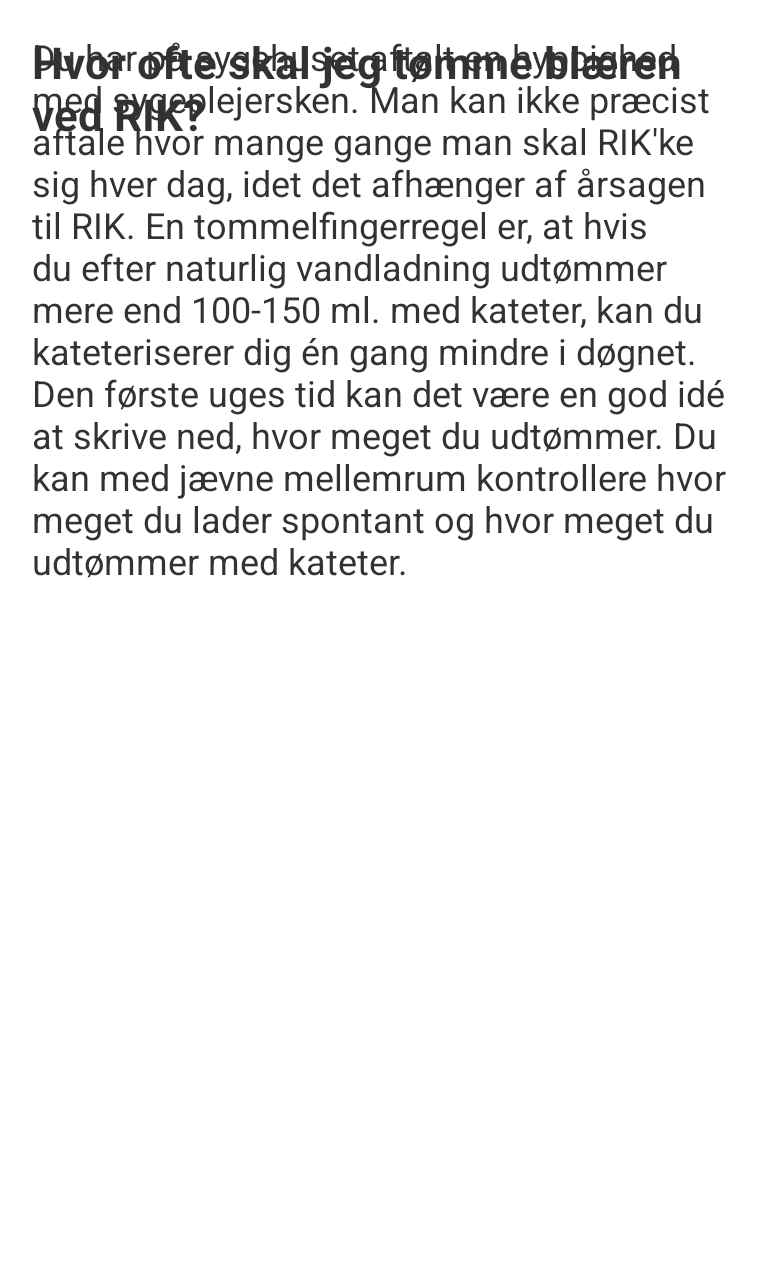
Repository: KingApollo/RIKapp2
Layout: RIKapp/res/layout/activity_when_wash_hands.xml
These files come from the project's save history. The layout is drawn as it stood at one moment and after the next save; the edit follows.
It is drawn on a 768 x 1280 px phone screen (xhdpi) without system bars, with theme android:Theme.Light.NoTitleBar; the app's code is not run.

Above is the layout before, as saved 2014-10-10 12:34:54.

### RIKapp/res/layout/activity_when_wash_hands.xml
<RelativeLayout xmlns:android="http://schemas.android.com/apk/res/android"
    xmlns:tools="http://schemas.android.com/tools"
    android:layout_width="match_parent"
    android:layout_height="match_parent"
    android:paddingBottom="@dimen/activity_vertical_margin"
    android:paddingLeft="@dimen/activity_horizontal_margin"
    android:paddingRight="@dimen/activity_horizontal_margin"
    android:paddingTop="@dimen/activity_vertical_margin"
    tools:context="dk.ucn.datamatiker.rikapp.WhenWashHands" >

     <TextView
    android:id="@+id/tvWhenHandWashQuestion"
    android:layout_width="wrap_content"
    android:layout_height="wrap_content"
    android:text="@string/howOftenQuestion"
    android:textSize="22sp"
    android:textStyle="bold" />

  <TextView
    android:id="@+id/tvHowOftenAnswer"
    android:layout_width="wrap_content"
    android:layout_height="wrap_content"
    android:text="@string/howOftenAnswer"
    android:layout_below="@+id/tvHowOftenQuestion"
    android:textSize="18sp"
    />

</RelativeLayout>

### RIKapp/res/values/strings.xml
<?xml version="1.0" encoding="utf-8"?>
<resources>

    <string name="app_name">RIKapp</string>
    <string name="hello_world">Hello world!</string>
    <string name="action_settings">Settings</string>
    <string name="title_activity_hyg">Hyg</string>
    <string name="hygiejne_btn">Hygiejne</string>
    <string name="maaling_btn">Måling</string>
    <string name="title_activity_maalinger">Maalinger</string>
    <string name="skema_btn">Skema</string>
    <string name="title_activity_skema">Skema</string>
    <string name="title_activity_information">Information</string>
    <string name="howOftenAnswer">"Du har på sygehuset aftalt en hyppighed med sygeplejersken. Man kan ikke præcist aftale hvor mange gange man skal RIK'ke sig hver dag, idet det afhænger af årsagen til RIK. En tommelfingerregel er, at hvis du efter naturlig vandladning udtømmer mere end 100-150 ml. med kateter, kan du kateteriserer dig én gang mindre i døgnet. Den første uges tid kan det være en god idé at skrive ned, hvor meget du udtømmer. Du kan med jævne mellemrum kontrollere hvor meget du lader spontant og hvor meget du udtømmer med kateter."</string>
    <string name="howOftenQuestion">Hvor ofte skal jeg tømme blæren ved RIK?</string>
    <string name="test1">111111111111111111111111</string>
    <string name="test2">22222222222222222222222222</string>
    <string name="title_activity_how_often">HowOften</string>
    <string name="title_activity_kontakt">Kontakt</string>
    <string name="kontakt_btn">Kontakt</string>
    <string name="kontakt_text">"<b>Kontakt1</b> \n Kontaktperson: kp1 \n Tlf: 12345678 \n Email: kp1@e.dk
        \n\n<b>Kontakt2</b> \n Kontaktperson: kp2 \n Tlf: 87654321 \n Email: kp2@e.dk"</string>
    <string name="kontakt_title">"Kontakt"</string>
    <string name="mlInput_hint">Intast ml</string>
    <string name="save_btn_name">Log måling</string>
    <string name="noteInput_hint">Eventuelt note</string>
    <string name="title_activity_when_in_bladder">WhenInBladder</string>
    <string name="whenBladderQuestion">"Hvordan ved jeg om jeg er inde i blæren med kateteret?"</string>
    <string name="whenBladderAnswer">"Når urinen løber ud gennem kateret i toilettet, så er du i blæren. Vær opmærksom på, at kateteret ikke er langt oppe i blæren at hullerne på spidsen af kateteret kommer over niveau med urinen inde i blæren – så kan det nemlig ikke tømmes ud. Træk derfor kateteret langsom ud igen, og hvis der kommer mere urin, så vent til det ikke løber mere. Træk derefter resten ud i et jævnt træk.</string>
    <string name="doesItHurtQuestion">Gør det ondt at katerisere sig selv?</string>
    <string name="doesItHurtAnswer">""Nej, det gør ikke ondt, men du kan føle lidt ubehag i begyndelsen i urinrøret eller et kortvarigt jag i blæren. Hvis du oplever sådan et jag, så kan det skyldes at blærevæggen suges tæt til kateteret i blæren, når den tømmes. Det forsvinder hurtigt igen. "</string>
    <string name="whyBloodQuestion">Hvorfor kommer der somme tider lidt blod, når jeg kateriserer mig?</string>
    <string name="whyBloodAnswer">Det gør der, fordi der nemt kan komme en lille ridse i urinrørets slimhinde eller i blærens slimhinde. Det betyder ingenting, og er helt ufarligt. </string>
    <string name="whenHandWashQuestion">Hvornår skal jeg vaske hænder, når jeg skal RIK´ke?</string>
    <string name="whenHandWashAnswer">Det skal du før du påbegynder udtømningen. Det vil sige, at du finder det frem, som du skal bruge, og måske lukker du bukserne op og trækker bukserne ned. Så vasker du hænderne ifølge forskrifterne – klik her. Du skal også afslutte med at vaske hænderne, når du har tømt blæren for urin, og har trukket benklæderne op igen. Du skal tørre hænderne i et rent håndklæde/engangshåndklæde.</string>
    <string name="howHandWashQuestion">Hvordan skal jeg vaske mine hænder korrekt?</string>
    <string name="howHandWashAnswer">Du kan se videoen ved at klikke her</string>
    <string name="title_activity_does_it_hurt">DoesItHurt</string>
    <string name="title_activity_when_wash_hands">WhenWashHands</string>
    <string name="title_activity_how_wash_hands">HowWashHands</string>
    <string name="title_activity_why_blood">WhyBlood</string>

</resources>

Loaded but not shown: RIKapp/res/values/dimens.xml (common file); RIKapp/res/values-w820dp/dimens.xml (common file)

After the next save:
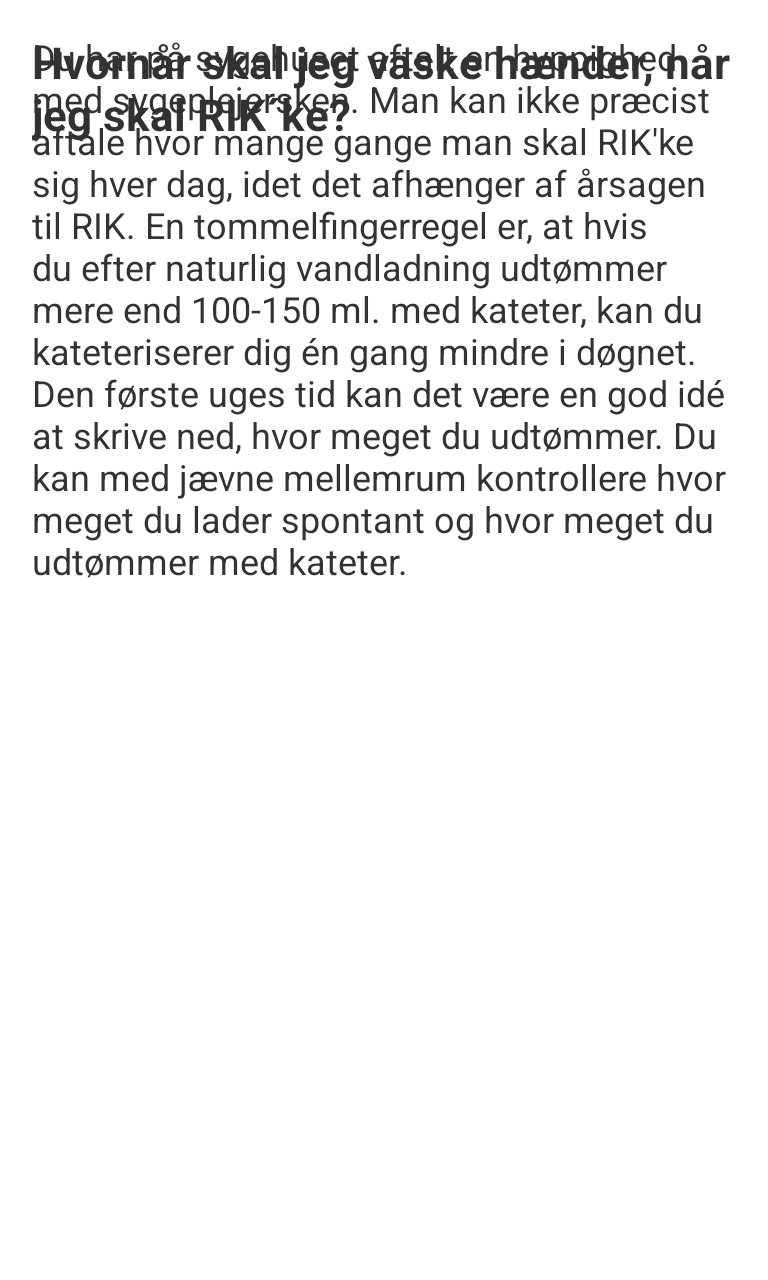
Saved 8 s later.
--- a/RIKapp/res/layout/activity_when_wash_hands.xml
+++ b/RIKapp/res/layout/activity_when_wash_hands.xml
@@ -12,7 +12,7 @@
     android:id="@+id/tvWhenHandWashQuestion"
     android:layout_width="wrap_content"
     android:layout_height="wrap_content"
-    android:text="@string/howOftenQuestion"
+    android:text="@string/whenHandWashQuestion"
     android:textSize="22sp"
     android:textStyle="bold" />
 
